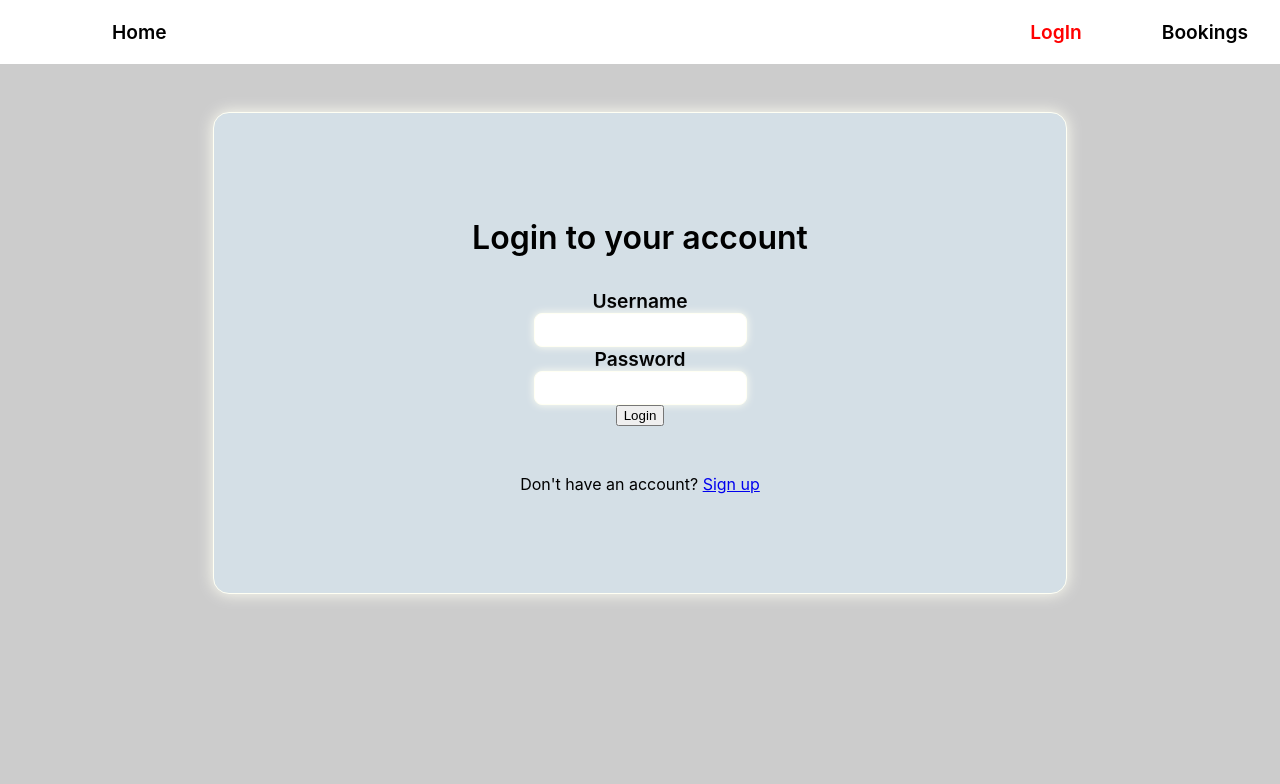
Repository: MikkyPrestige/fake-user-authentication
Page: /login
The author's editor kept a copy of each file at every save. The page is drawn from the files as they stood at one save, then again after the next save.
The browser window is 1280 px wide. The pictures show the whole page.
The project was rebuilt for these pictures with package versions that can differ from the ones it lists, and the page was loaded fresh each time. Also part of the build but not shown: src/assets/styles/home.css, src/components/home.jsx, src/assets/styles/booking.css, src/components/booking.jsx, src/components/fallBack.jsx, src/assets/styles/error.css, src/components/error.jsx, src/profile/signUp.jsx and 2 more.

Above is the page before, as saved 2022-11-24 05:43:59.

After the next save:
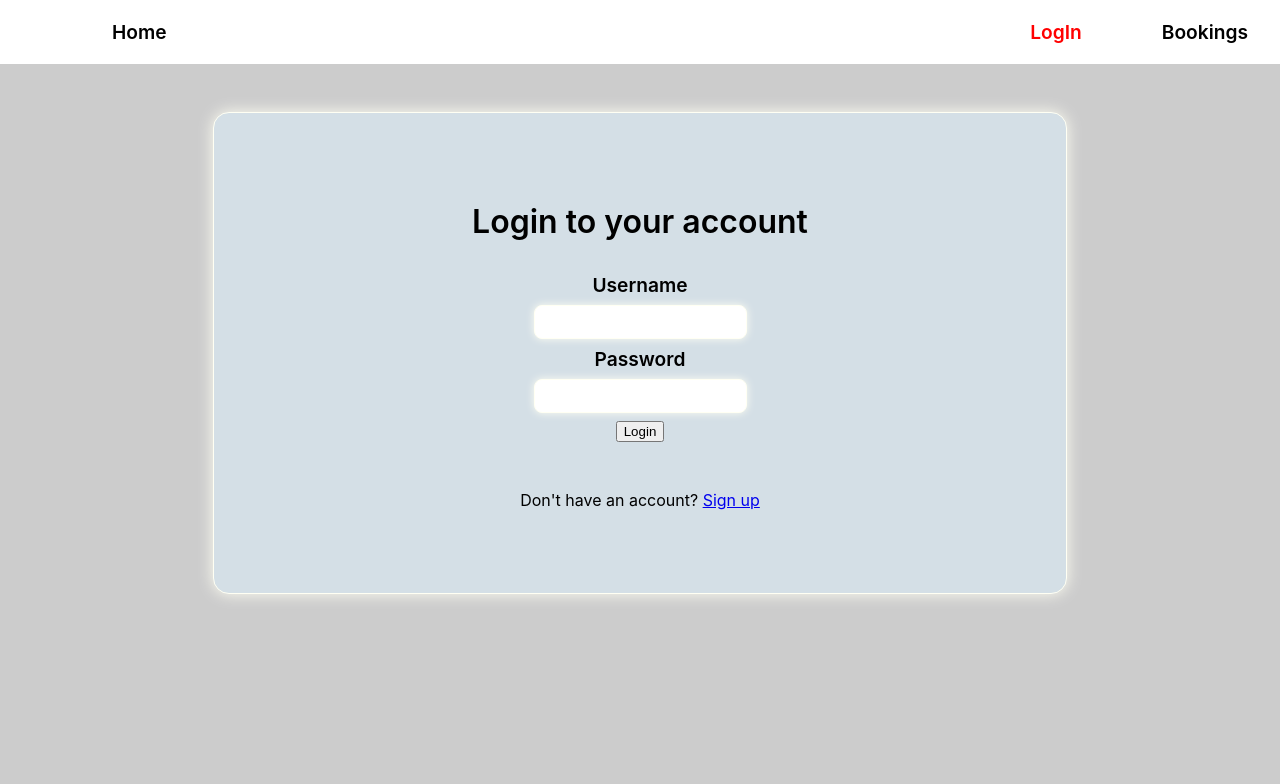
Saved 9 s later.
--- a/src/assets/styles/login.css
+++ b/src/assets/styles/login.css
@@ -30,8 +30,7 @@
     flex-direction: column;
     justify-content: center;
     align-items: center;
-    /* gap: 1rem; */
-    padding: 0 2rem;
+    gap: .5rem;
 }
 
 .login__label {

After the save that followed:
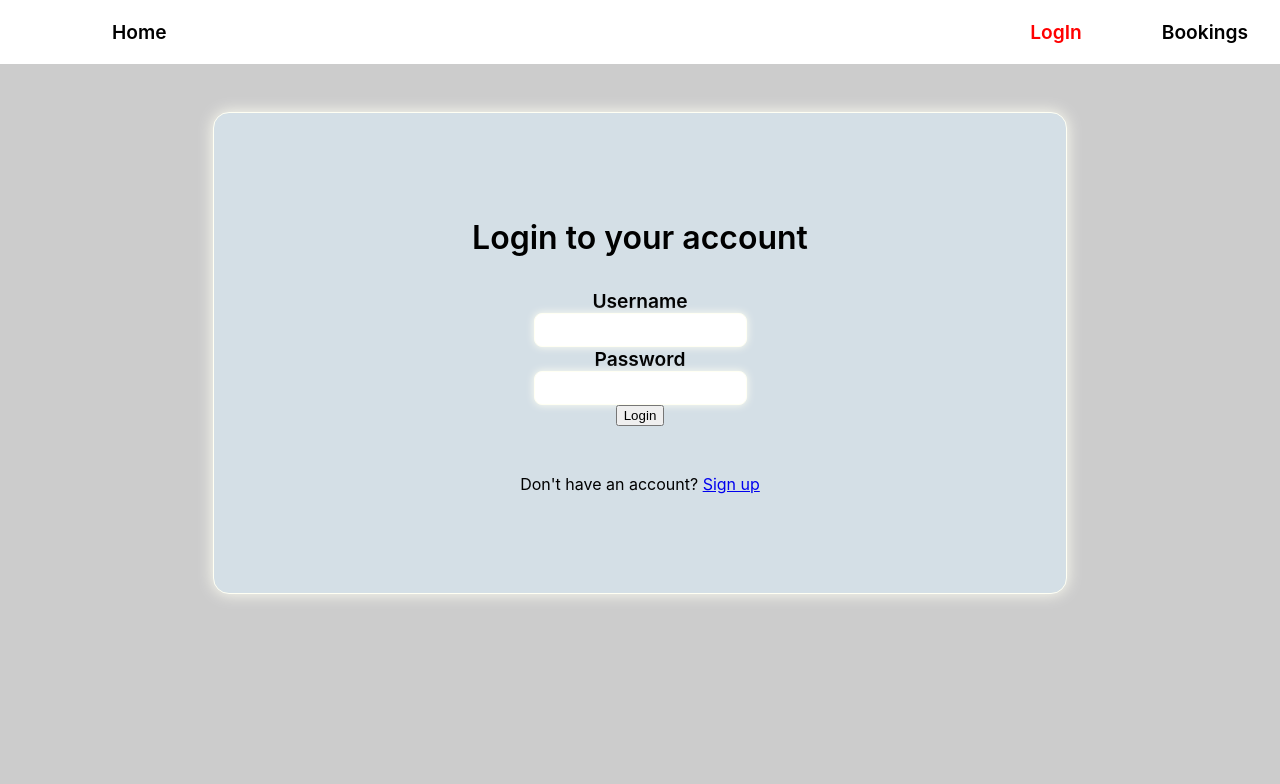
Saved 12 s later.
--- a/src/assets/styles/login.css
+++ b/src/assets/styles/login.css
@@ -30,7 +30,7 @@
     flex-direction: column;
     justify-content: center;
     align-items: center;
-    gap: .5rem;
+    /* gap: .5rem; */
 }
 
 .login__label {
